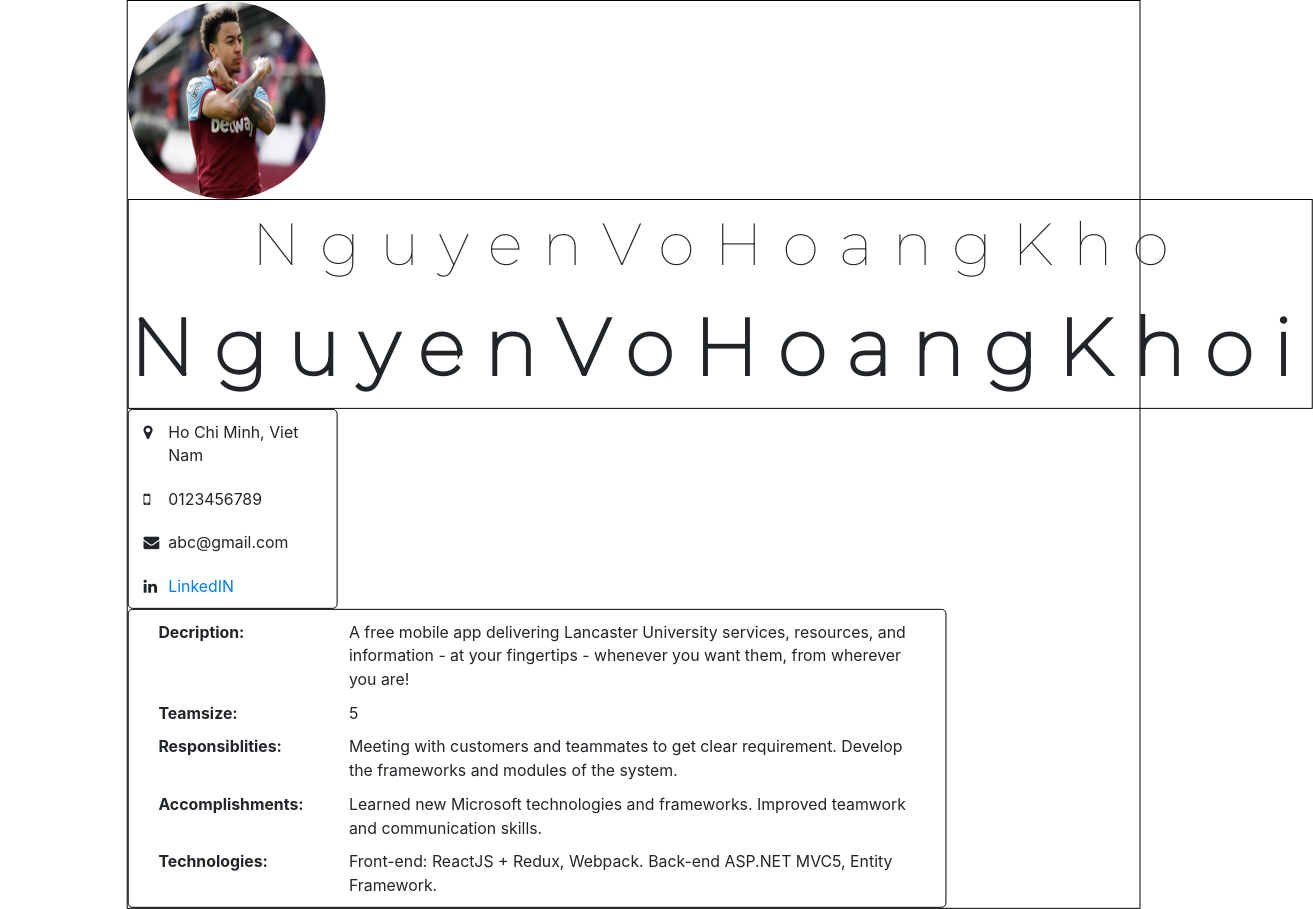
Repository: khoibanh113/mycv
Page: /
The author's editor kept a copy of each file at every save. The page is drawn from the files as they stood at one save, then again after the next save.
The browser window is 1280 px wide. The page is 1326 px wide, then 1280 px, so the pictures cover 1326 px, including what lies to the right of the window. The pictures show the whole page, at 99% of full size.
The project was rebuilt for these pictures with package versions that can differ from the ones it lists, and the page was loaded fresh each time.

Above is the page before, as saved 2021-04-02 16:42:04.

After the next save:
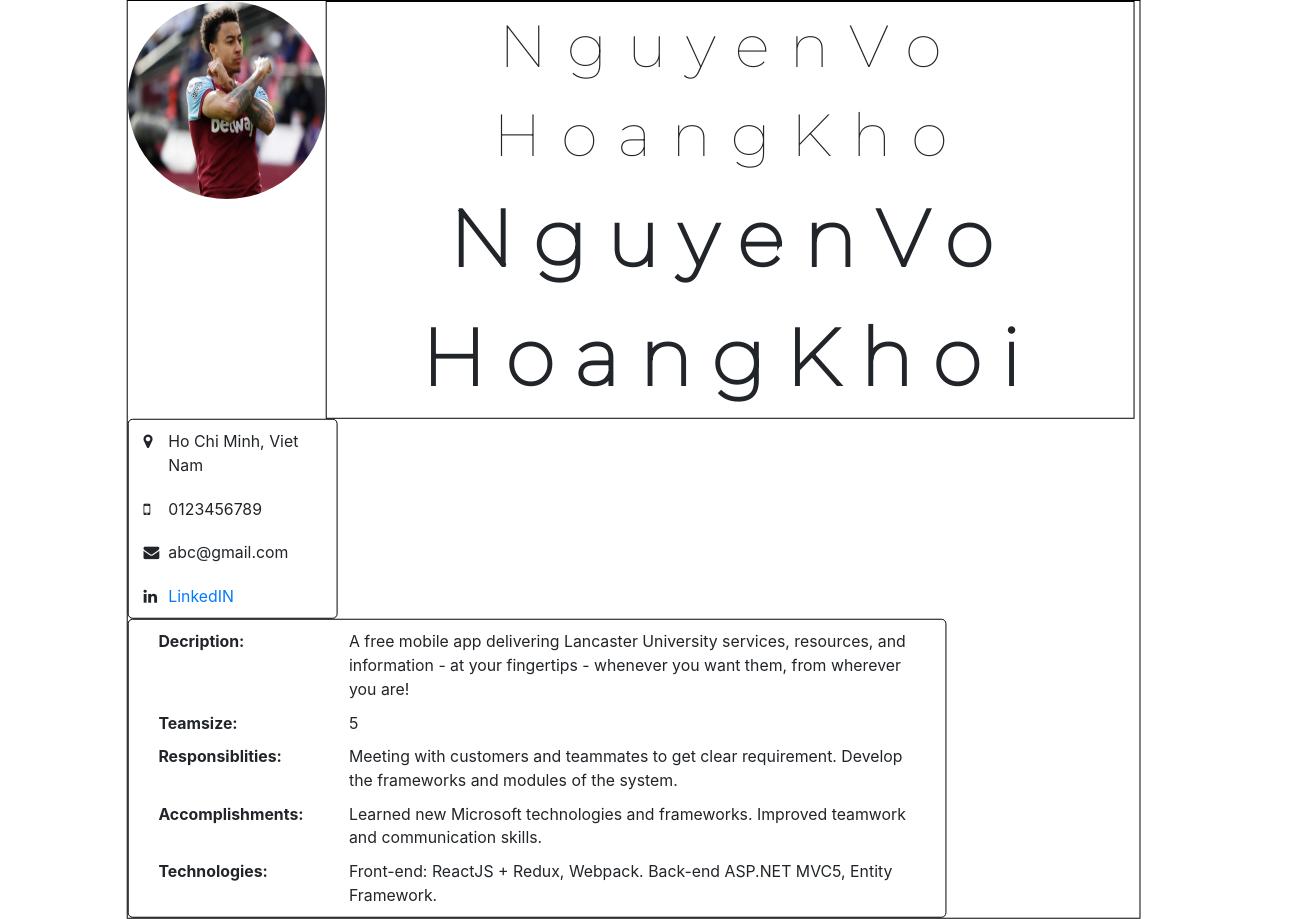
Saved 8 s later.
--- a/src/App.js
+++ b/src/App.js
@@ -15,7 +15,7 @@
 
 
         <div className='name'>
-          <Name name='NguyenVoHoangKhoi' />
+          <Name name='NguyenVo HoangKhoi' />
         </div>
 
         <Contact
